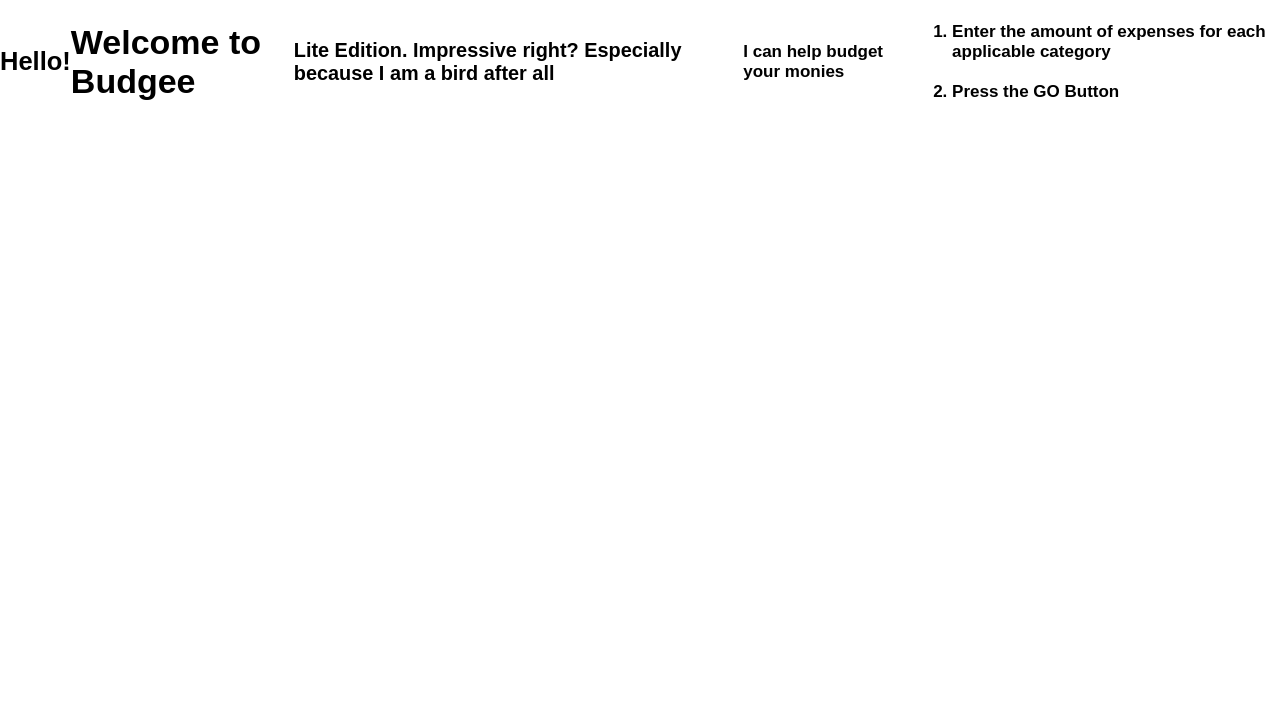
Repository: Peter-Sou/CSE-111-Project-1
Page: http://localhost/
An editor plug-in stored every save of this project. The page is shown before and after a run of saves, followed by the edit.
The browser window is 1280 px wide. The pictures show the whole page.
The page is served by the project's application, run on Django 3.2 (manage.py). Other server files are loaded and not shown.

Above is the page before, as saved 2021-12-07 17:36:44.

### ezPC/EZPCAPP/templates/EZPCAPP/hi.html
<!DOCTYPE html>
<html lang="en">
<head>
    <meta charset="UTF-8">
    <title>EZ-PC-APP</title>
    <!--Resposive meta tag to make this webpage page looking good on mobile browser-->
    <meta id="viewport" content="width=device-width, initial-scale=1.0">
    <!--Add a favicon-->
    <link rel="shortcut icon" type="image/png" href="assets/favicon.png" />
    <!--Add a page title-->
    <title>Betsy Avila Web Portfolio</title>
    <!--Include styles.css file to this webpage-->
    <link rel="stylesheet" href="styles.css">
    <!--Include script.js file to this webpage-->
    {% comment %} <script type="module" src="script.js"></script> {% endcomment %}
</head>
<body>
    {% comment %} <nav>
		<a href = "#header">Home</a>
		<a href = '#Categories'>Categories</a>
		<a  href = '#Results'>Results</a>
		<a href = "#Share">Share</a>
    <!--<a href = 'github.com'>LinkedIn</a>-->
    </nav>
    <header id = 'header'> {% endcomment %}
        <div>
            <h2>Hello!</h2>
            <h1>Welcome to Budgee</h1>
            <h3>Lite Edition. Impressive right? Especially because I am a bird after all</h3>
            <h4>I can help budget your monies</h4>
            <ol>
                <li>Enter the amount of expenses for each applicable category</li>
                <br>
                <li>Press the GO Button</li>
                </ol>
        </div>
        {% comment %} <img src="assets/profile_professional.jpg"> {% endcomment %}
	</header>
    {% comment %} <section id = 'Categories'>
	    <h2>Categories</h2>
		<p><strong>Enter Monthly Expenses:</strong> </p>

		<form>
		    <div>
			    <label for = "food">Food</label>
				<input type="number" id= "Food" min="0.00" step="0.01" max="30000" value="0.00" />
			</div>
			<br>
			<div>
			    <label for = "Housing">Housing</label>
				<input type="number" id="Housing" min="0.00" step="0.01" max="30000" value="0.00" />
			</div>
			<br>
			<div>
			    <label for = "Utilities">Utilities</label>
				<input type="number" id= "Utilities" min="0.00" step="0.01" max="30000" value="0.00" />
			</div>
			<br>
			<div>
			    <label for = "Transportation">Transportation</label>
				<input type="number" id= "Transportation" min="0.00" step="0.01" max="30000" value="0.00" />
			</div>
			<br>
			<div>
			    <label for = "Tuition">Tuition</label>
				<input type="number" id = "Tuition" min="0.00" step="0.01" max="30000" value="0.00" />
			</div>
			<br>
			<div>
			    <h2>Total Balance: </h2>
				<h2 id = "total"></h2>
            </div>
			<br>
            <button onclick = "CalcSum()">GO!</button>
		</form>

		</section>
		<section id = 'Results'>
			<div>
				<h2>Results</h2>
				<p id = "total">You need: </p>
			</div>
		</section>
		<section id = 'Share'>
			<h2>Share</h2>
			<form action = '/survey/checkout' method = 'post' enctype= "multipart/form-data">
				<input type="id" placeholder='Your id' required>
				<input type="email" placeholder='Your email' required>
				<button>Send Message</button>
				<input type='hidden' id='redirecturl' value='thankyou.html'>
				<input type='hidden' id='survey' value='Share'>
			</form>
		</section>

		<main></main>
		<footer id = "foot">
			<div>Copyright © 2021 Betsy Avila & Peter Sou</div>
		</footer> {% endcomment %}
	</body>

</html>

### ezPC/EZPCAPP/views.py
from django.shortcuts import render
from django.http import HttpResponse
def hi(request):
    return render(request,'EZPCAPP/hi.html')

### ezPC/ezPC/urls.py
"""ezPC URL Configuration

The `urlpatterns` list routes URLs to views. For more information please see:
    https://docs.djangoproject.com/en/3.2/topics/http/urls/
Examples:
Function views
    1. Add an import:  from my_app import views
    2. Add a URL to urlpatterns:  path('', views.home, name='home')
Class-based views
    1. Add an import:  from other_app.views import Home
    2. Add a URL to urlpatterns:  path('', Home.as_view(), name='home')
Including another URLconf
    1. Import the include() function: from django.urls import include, path
    2. Add a URL to urlpatterns:  path('blog/', include('blog.urls'))
"""
from django.contrib import admin
from django.urls import path, include


urlpatterns = [
    path('admin/', admin.site.urls),
    path('', include('EZPCAPP.urls'))
]

### ezPC/EZPCAPP/urls.py

from django.urls import path
from . import views

urlpatterns = [
    path('', views.hi, name="home-page"),
]

### ezPC/EZPCAPP/templates/EZPCAPP/styles.css
*{
	box-sizing: border-box;
}
html{
	scroll-behavior: smooth;
}

body {
	display:flex;
	flex-direction: column;
	align-items:center;
	justify-content:space-between;

	margin:0;
	padding:0;
	min-height:100vh;

	font-family: 'Josefin Sans', sans-serif;/*link href in the head tag*/
	font-size: 17px;
	font-weight:bold;
}

body > * {
	display: flex;
	align-items: center;
	justify-content:center;

}
nav{
	color: black;
	background-color: white;
	height:80px;
	width: 100%;

	max-width:500px;
	justify-content: space-around;
	flex-wrap: wrap;

	position: sticky;
	top:0;
}
/*select all a elements/tags in nav*/
nav a{
	text-decoration: none;
	color: black;
	margin: 0 12px;

}
nav > a{
	margin: 0 10px;
	color: black;
}

a: hover{
	color:#80ffe8;
}

header {
	color:black;
	background-color: white;
	height:500px;
	width:100%;
}

header h1 {
	font-size: 64px;
	margin: 0;
}

header h2 {
	font-size: 40px;
	margin: 0;
	color: #eccbd9;
	/* Make all of the characters to uppercase*/
	text-transform: uppercase;
}

header h3 {
	font-size: 16px;
	margin: 0;
	color: #5E616E;
}

header img {
	max-width: 100%;
	height: auto;
	background-color: #fff;
	border-radius: 100%;
	margin-left: 40px;
}

#Categories{
	color:black;
	background-color:#E1EFF6;
	min-height:400px;
	width:100%;
	padding: 20px 0;
	flex-direction: column;

}

#Categories h2{
	color: #eccbd9;
	text-transform:uppercase;
}

#Results{

	color:black;
	background-color:#fff07c;
	min-height:400px;
	width:100%;
	padding: 20px 0;


	display: flex;
	align-items: center;
	justify-content: center;

}
#Results{
	color: #eccbd9;
	text-transform:uppercase;
}

#Results > div{
	max-width:auto;
	width:100%;
	/* padding: top right bottom left */
	padding: 16px 40px 16px 40px;

	/*a in rgba is the alpha channel that specifies the opacity for a color
	background-color: rgba(0, 0, 0, 0.4);*/
	margin:20px 0;
	/* Define the text color in this div box*/
	text-align: center;

}

#Share{
	color:black;
	background-color:#83bcff;
	min-height:400px;
	padding: 20px 0;
	width:100%;
	flex-direction: column; /*keeps the text in the  middle of the colored square*/
}

#Share h2{
	color: #eccbd9;
	text-transform: uppercase;
}

#Share form{
	max-width:640px;
	width:100%;
	display:flex;
	flex-direction: column;
	align-items:center;
}

#Share form >*{
	font-family: 'Josefin Sans', sans-serif;
}

#Share input{
	width:100%;
	font-size: 16px;
	padding: 8px;
	border: none;
	margin-bottom: 16px;

}

#Share textarea{
	width:100%;
	font-size: 16px;
	padding: 8px;
	border: none;
	margin-bottom: 16px;
	height: 120px;
	resize: none;
}

#Share button{
	width: 50%;
	background-color: #eccbd9;
	color:white;
	padding: 8px 16px;
	font-size: 16px;
	border:none;
	cursor:pointer;

}

footer {
	height: 120px;
	display: flex;
	flex-direction: column;
	align-items: center;
	justify-content: center;

}

footer .links{
	display:flex;
	align-items:center;
	justify-content: space-evenly;
	width:120px;
	margin-bottom:8px;

}

footer .links img{
	max-width:100%;
	height:auto;
}

After the next 2 saves:
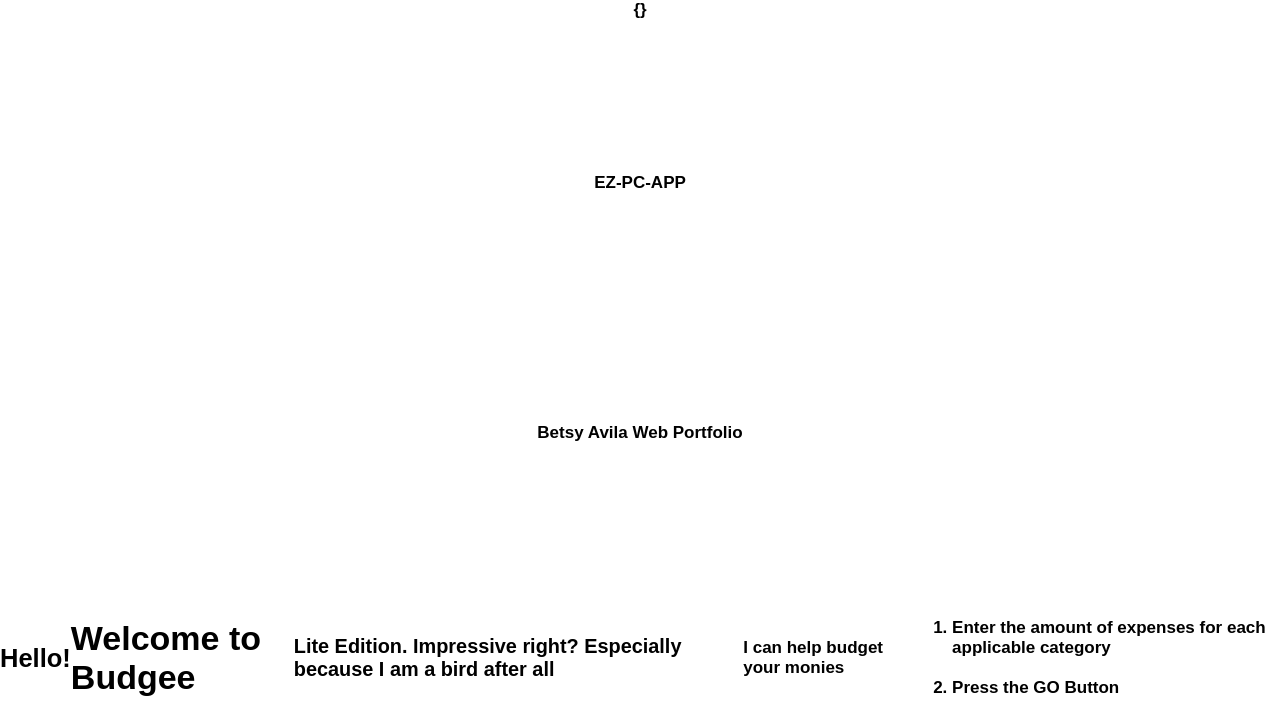
The 2 saves are shown as one change because they came seconds apart.
The last was saved 39 s later.
--- a/ezPC/EZPCAPP/templates/EZPCAPP/hi.html
+++ b/ezPC/EZPCAPP/templates/EZPCAPP/hi.html
@@ -1,3 +1,4 @@
+{}
 <!DOCTYPE html>
 <html lang="en">
 <head>

After the 2 saves that followed:
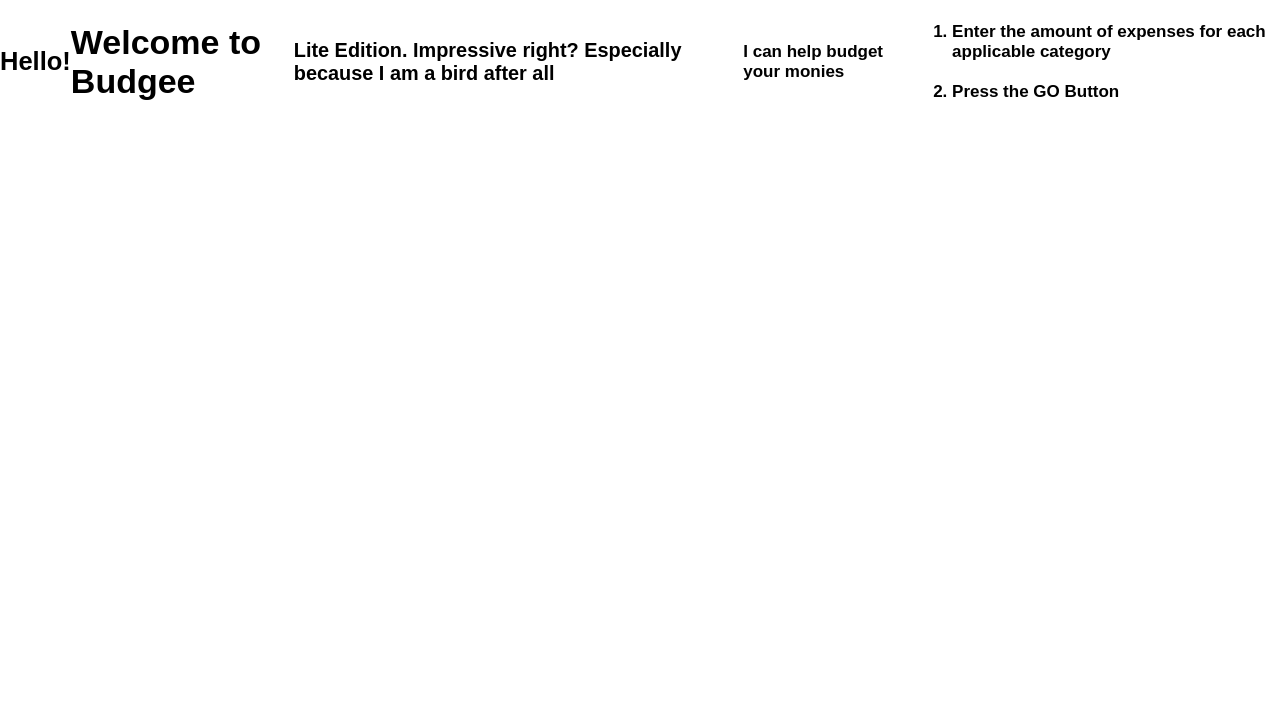
The 2 saves are shown as one change because 1 did not build or start.
The last was saved 8 s later.
--- a/ezPC/EZPCAPP/templates/EZPCAPP/hi.html
+++ b/ezPC/EZPCAPP/templates/EZPCAPP/hi.html
@@ -1,4 +1,4 @@
-{}
+{% load static %}
 <!DOCTYPE html>
 <html lang="en">
 <head>
